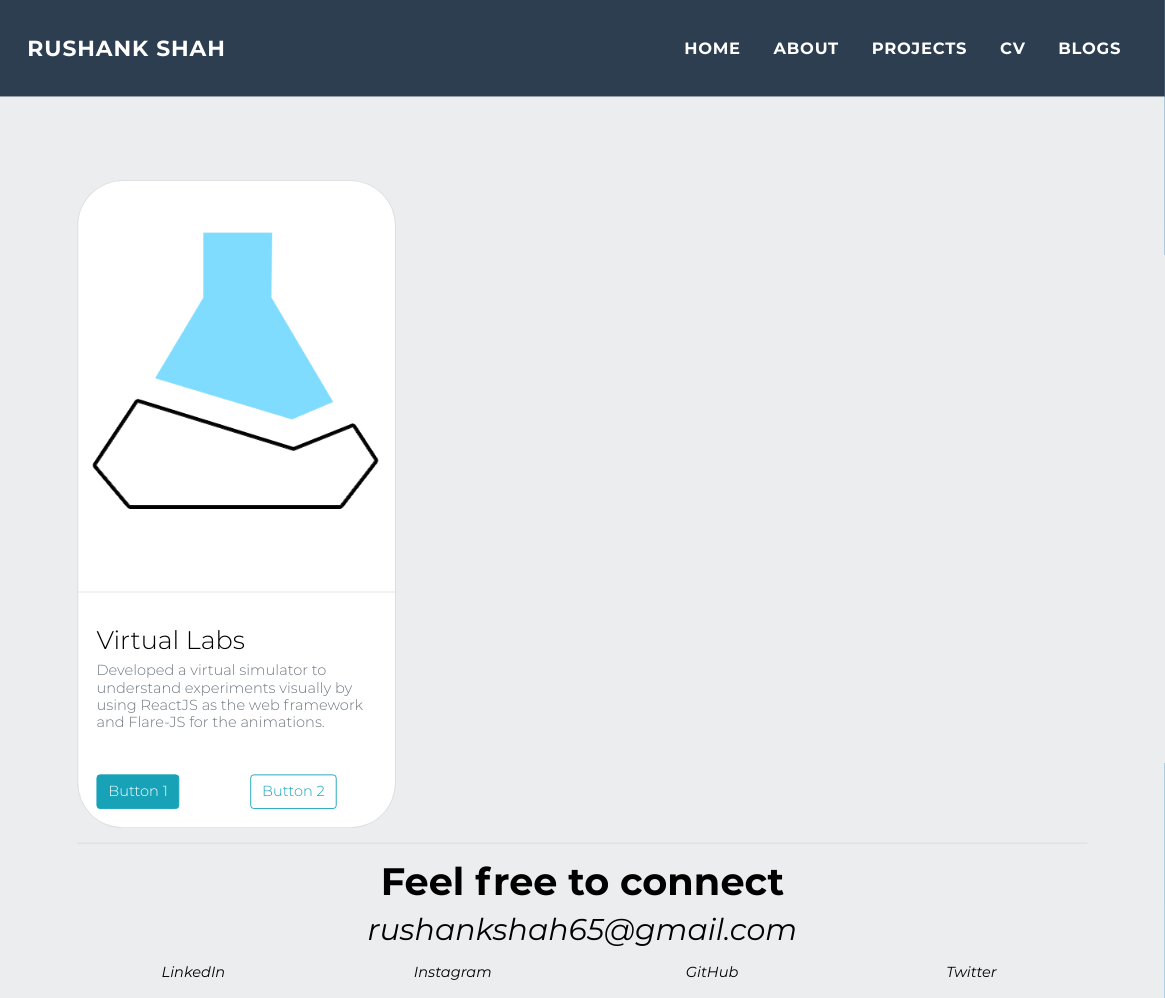
Repository: rushankshah/rushank-shah
Page: /projects
An editor plug-in stored every save of this project. The page is shown before and after the next save, followed by the edit.
The browser window is 1280 px wide. The pictures show the whole page, at 91% of full size.
The project was rebuilt for these pictures with package versions that can differ from the ones it lists, and the page was loaded fresh each time. The framework's server and built-in components were replaced by stand-ins that run in the browser. Also part of the build but not shown: next.config.js.

Above is the page before, as saved 2020-12-02 20:13:12.

### pages/projects.js
import BaseLayout from '../components/layouts/BaseLayout'
import BasePage from '../components/BasePage'
import { Button, Card, CardBody, CardImg, CardSubtitle, CardTitle, Col, Row } from 'reactstrap'


const projects = () => {
    return (
        <BaseLayout>
            <BasePage className='projects-page'>
                <Row className='mt-5'>
                    <Col md='4'>
                        <Card className='intro' style={{ borderRadius: '50px' }}>
                            <CardImg width='25%' top src="/static/images/virtual-labs-logo.png" alt="Card image cap"></CardImg>
                            <hr></hr>
                            <CardBody>
                                <CardTitle tag='h3'>
                                    Virtual Labs
                                </CardTitle>
                                <CardSubtitle tag="h6" className="mb-2 text-muted">Developed a virtual simulator to understand experiments visually by using ReactJS as the web framework and Flare-JS for the animations.</CardSubtitle>
                                <Row className='mt-5'>
                                <Col md='6'>
                                    <Button color='info'>Button 1</Button>
                                </Col>
                                <Col md='6'>
                                    <Button outline color='info'>Button 2</Button>
                                </Col>
                                </Row>
                            </CardBody>
                        </Card>
                    </Col>
                </Row>
                <hr></hr>
            </BasePage>
        </BaseLayout>
    )
}

export default projects

### styles/main.scss
@import './shared/fonts';
@import './index';
@import './header';
@import './shared/colors';
@import 'about';
@import 'projects';

html, body {
    height:100%;
    width:100%;
    font-family: 'Montserrat', 'Helvetica';
  }

.self-typed{
  font-size: 31px;
  font-weight: 500;
  letter-spacing: 2px;
  color: white;
}

.absolute {
  position: absolute;
}

.base-page {
  padding-top: 150px;
  color: white;
  background-color: #ecedee;
  min-height: 100vh;

  .page-header {
    .page-header-title {
      font-weight: 700;
      color: black;
      display: inline-block;
      margin-bottom: 20px;
    }
  }
}

.social-media:hover{
  color: #dba919;
  cursor: pointer;
}

.clickable{
  cursor: pointer;
}

### components/layouts/BaseLayout.js
import React from 'react'
import Header from '../shared/Header'

const BaseLayout = (props) => {

    const { className, children } = props

    const headerType = props.headerType || 'default'

    return (
        <div className='layout-container'>
            <Header className={`port-nav-${headerType}`} />
            <main className={`cover ${className}`}>
                <div className='wrapper'>
                    {children}
                </div>
            </main>
        </div>
    )
}

export default BaseLayout

### components/BasePage.js
import React from 'react'
import { Container } from 'reactstrap'
import Footer from './shared/Footer'

export default function BasePage(props) {
    const className = props.className || ''
    const title = props.title
    return (
        <div className={`base-page ${className}`}>
            <Container>
                {props.children}
                <Footer />
            </Container>
        </div>
    )
}

### styles/shared/_fonts.scss
@font-face {
    font-family: 'Montserrat';
    src: url('/static/fonts/2.3\ Montserrat-Regular.ttf');
    font-weight: normal;
    font-style: normal;
}

@font-face {
    font-family: 'Montserrat';
    src: url('/static/fonts/2.4\ Montserrat-Bold.ttf');
    font-weight: bold;
    font-style: normal;
}

@font-face {
    font-family: 'Montserrat';
    src: url('/static/fonts/2.2\ Montserrat-Light.ttf');
    font-weight: lighter;
    font-style: normal;
}

@font-face {
    font-family: 'Montserrat';
    src: url('/static/fonts/2.1\ Montserrat-Italic.ttf');
    font-weight: normal;
    font-style: italic;
}

### styles/_index.scss
  // ---------- Index Page CSS ------------
  .cover {
    background-image: linear-gradient(45deg,#00aeef 0%,#096fb9 100%);
    overflow: hidden;
    position: relative;
  }

  .wrapper {
    min-height: 100vh;
    min-width: 100vw;
    margin-top: 0;
    position: relative;
  }

  .main-section {
    top: 150px;
    width: 100%;
    padding: 150px 0 0;
  }

  .hero-section{
    h2 {
      color: white;
      font-weight: bold;
      margin-bottom: 10px;
    }

    perspective: 1000px;
    color: white;
    width: 400px;
    position: relative;

    &-content {
      position: absolute;
      bottom: 20px;
      width: 360px;
      left: 6%;
      z-index: 1;

      &-intro {
        font-size: 17px;
      }
    }
  }

  .image {
    width: auto;
    max-width: 100%;
  }

  .hero-welcome-text > h1 {
    color: white;
    text-transform: uppercase;
    font-size: 27px;
    margin-top: 80px;
  }

  .hero-welcome-bio {
    margin-top: 20px;
    color: white;

    .fa-stack {
      font-size: 28px;
    }

    .list-inline-item {
      > a {
        color: #373737;
      }
    }
  }

  .hero-welcome-wrapper {
    justify-content: flex-end;

  }

  @media (max-width: 991px) {
    .hero-section {
      width: 341px;
      height: 445px;

      &-content {
        width: 341px;
      }
    }

    .hero-welcome-text > h1 {
      margin-top: 0px;
    }
  }

  .background-image {
    position: absolute;
    width: 1762px;
    height: 493px;
  }

  .shadow-custom {
    width: 100%;
    height: 100%;
    position: absolute;
    top: 0;
    box-shadow: -17px 13px 41px rgba(13,78,158,0.6);
    border: 2px solid #3bace5;

    .shadow-inner {
      width: 100%;
      height: 100%;
      box-shadow: -17px 13px 13px rgba(0,0,0,0.09);
    }
  }

  .shadow-custom-2 {
    border: 2px solid #f37d49;
    box-shadow: -17px 13px 41px rgba(13,78,158,0.3);
  }

  .flipper{
    transition: 1s;
    transform-style: preserve-3d;
    position: relative;
  }

  .flipper.isFlipping{
    transform: rotateY(-180deg);
  }

  .front, .back{
    backface-visibility: hidden;
    position: absolute;
    top: 0;
    left: 0;
  }

  .cover-0 {
  }

  .cover-1 {
    background-image: linear-gradient(45deg, rgb(254, 202, 83), rgb(253, 157, 97));
  }

  .front{
    transform: rotateY(0deg);
    z-index: 9999;
  }

  .back{
    transform: rotateY(180deg);
  }

### styles/_header.scss
@import './shared/colors';
  // HEADER
  .port-navbar.port-nav-base {
    width: 100%;
    z-index: 15;
    padding: 40px;

    .port-navbar {
      &-brand {
        color: white;
        font-size: 24px;
        text-transform: uppercase;
        letter-spacing: 1px;
        font-weight: bold;
      }

      &-item {
        margin-left: 10px;
        margin-right: 10px;
      }

      &-link {
        color: white;
        font-weight: bold;
        letter-spacing: 0.8px;
        font-size: 18px;
        text-transform: uppercase;

        &.active {
        color: #dba919;
        }

        &:hover, &:focus {
          color: #dba919;
        }
      }
    }
  }

  .port-navbar.port-nav-base.port-nav-default {
    padding: 30px;
    background-color: $secondary !important;
  }

  .bg-transparent.menu-open {
    background-color: #2C3E50 !important;
  }

  .bg-transparent.menu-close {
    transition: 1s;
  }

### styles/shared/_colors.scss
$main-color-blue: #0977C0;
$main-color-red: 'red';

$navbar-orange: #dba919;
$base-page-white: #ecedee;

$white: #fff !default;
$gray-100: #f8f9fa !default;
$gray-200: #e9ecef !default;
$gray-300: #dee2e6 !default;
$gray-400: #ced4da !default;
$gray-500: #adb5bd !default;
$gray-600: #868e96 !default;
$gray-700: #495057 !default;
$gray-800: #343a40 !default;
$gray-900: #212529 !default;
$black: #000 !default;

$primary: #18BC9C !default;
$secondary: #2C3E50 !default;

$blue:    #007bff !default;
$indigo:  #6610f2 !default;
$purple:  #6f42c1 !default;
$pink:    #e83e8c !default;
$red:     #dc3545 !default;
$orange:  #fd7e14 !default;
$yellow:  #ffc107 !default;
$green:   #28a745 !default;
$teal:    #0085A1 !default;
$cyan:    #17a2b8 !default;

### styles/_about.scss
@import './shared/mixins';
.about-page {
    .left-side {
      // margin-top: 10vh;

      color: black;
      text-align: left;
    }

    .fadein {
      opacity: 0;

      @include animation(fadein 2s);
      @include animation-fill-mode(forwards);
    }

    .intro{
        color: black;
        font-weight: lighter;
    }

    .title {
      @include animation-detail(0.7s);
      font-size: 42px;
      font-weight: bold;
    }

    .subtitle {
      @include animation-detail(2.2s);
      font-size: 33px;
    }

    .subsubTitle {
      @include animation-detail(3.6s);
      font-size: 18px;
    }

    @keyframes fadein {
      from { opacity: 0; }
      to   { opacity: 1; }
    }
  }

### styles/shared/_mixins.scss
// MIXINS
@mixin background-cover() {
    -webkit-background-size: cover;
    -moz-background-size: cover;
    -o-background-size: cover;
    background-size: cover;
  }

  @mixin animation($animationType) {
    -webkit-animation: $animationType; /* Safari, Chrome and Opera > 12.1 */
       -moz-animation: $animationType; /* Firefox < 16 */
        -ms-animation: $animationType; /* Internet Explorer */
         -o-animation: $animationType; /* Opera < 12.1 */
            animation: $animationType;
  }


  @mixin animation-fill-mode($animationMode) {
    -webkit-animation-fill-mode: $animationMode;  /* this makes sure that after animation is done we remain at the last keyframe value (opacity: 1)*/
    -moz-animation-fill-mode: $animationMode;
    animation-fill-mode: $animationMode;
  }


  @mixin animation-detail($detail) {
    -webkit-animation-delay: $detail;
    -moz-animation-delay: $detail;
    animation-delay: $detail;
  }

### styles/_projects.scss
@import './shared/mixins';
.projects-page {
    .left-side {
      // margin-top: 10vh;

      color: black;
      text-align: left;
    }

    .fadein {
      opacity: 0;

      @include animation(fadein 2s);
      @include animation-fill-mode(forwards);
    }

    .intro{
        color: black;
        font-weight: lighter;
    }

    .title {
      @include animation-detail(0.7s);
      font-size: 42px;
      font-weight: bold;
    }

    .subtitle {
      @include animation-detail(2.2s);
      font-size: 33px;
    }

    .subsubTitle {
      @include animation-detail(3.6s);
      font-size: 18px;
    }

    @keyframes fadein {
      from { opacity: 0; }
      to   { opacity: 1; }
    }
  }

### components/shared/Header.js
import { useState } from 'react'
import Link from 'next/link'
import Head from 'next/head'
import {
    Collapse,
    Navbar,
    NavbarToggler,
    NavbarBrand,
    Nav,
    NavItem
} from 'reactstrap';

const Header = (props) => {
    const [isOpen, setIsOpen] = useState(false);

    const toggle = () => setIsOpen(!isOpen);

    const className = props.className

    const menuOpenClass = isOpen ? 'menu-open' : 'menu-close'

    return (
        <div>
            <Head>
                <title>Rushank Shah</title>
                <link rel="icon" href="/static/images/R.jpg" />
                <link href="https://cdn.lineicons.com/2.0/LineIcons.css" rel="stylesheet"></link>
            </Head>
            <Navbar className={`port-navbar port-nav-base absolute ${className} ${menuOpenClass}`} color="transparent" dark expand="md">
                <NavbarBrand className='port-navbar-brand'>Rushank Shah</NavbarBrand>
                <NavbarToggler onClick={toggle} />
                <Collapse isOpen={isOpen} navbar>
                    <Nav className="ml-auto" navbar>
                        <NavItem className='port-navbar-item'>
                            <Link href='/'>
                                <a className='nav-link port-navbar-link'> Home </a>
                            </Link>
                        </NavItem>
                        <NavItem className='port-navbar-item'>
                            <Link href='/about'>
                                <a className='nav-link port-navbar-link'> About </a>
                            </Link>
                        </NavItem>
                        <NavItem className='port-navbar-item'>
                            <Link href='/projects'>
                                <a className='nav-link port-navbar-link'> Projects </a>
                            </Link>
                        </NavItem>
                        <NavItem className='port-navbar-item'>
                            <Link href='/cv'>
                                <a className='nav-link port-navbar-link'> CV </a>
                            </Link>
                        </NavItem>
                        <NavItem className='port-navbar-item'>
                            <Link href='/blogs'>
                                <a className='nav-link port-navbar-link'> Blogs </a>
                            </Link>
                        </NavItem>
                    </Nav>
                </Collapse>
            </Navbar>
        </div>
    )
}

export default Header

### components/shared/Footer.js
import { Col, Row } from "reactstrap";

export default function Footer() {
    return (
        <div>
            <div className='intro'>
                <h5 className='title' style={{ textAlign: 'center', color: 'black' }}>
                    Feel free to connect
                </h5>
                <h5 className='subtitle' style={{ textAlign: 'center', color: 'black' }}>
                    <a target='_blank' style={{ color: 'black', textDecoration: 'none' }} href='mailto:rushankshah65@gmail.com'>
                        <i className="lni lni-envelope lni-lg lni-32 social-media"> rushankshah65@gmail.com</i>
                    </a>
                </h5>
                <Row className='mt-3' style={{ textAlign: 'center', color: 'black' }}>
                    <Col md='3'>
                        <div>
                            <a target='_blank' style={{ color: 'black', textDecoration: 'none' }} href='https://www.linkedin.com/in/rushank-shah-65836b1a6/'>
                                <i className="lni lni-linkedin-original lni-lg lni-32 social-media">LinkedIn</i>
                            </a>
                        </div>
                    </Col>
                    <Col md='3'>
                        <div>
                            <a target='_blank' style={{ color: 'black', textDecoration: 'none' }} href='https://www.instagram.com/rushankshah65/'>
                                <i className="lni lni-instagram lni-lg lni-32 social-media">Instagram</i>
                            </a>
                        </div>
                    </Col>
                    <Col md='3'>
                        <div>
                            <a target='_blank' style={{ color: 'black', textDecoration: 'none' }} href='https://github.com/rushankshah'>
                                <i className="lni lni-github-original lni-lg lni-32 social-media">GitHub</i>
                            </a>
                        </div>
                    </Col>
                    <Col md='3'>
                        <div>
                            <a target='_blank' style={{ color: 'black', textDecoration: 'none' }} href='https://twitter.com/ShahRushank'>
                                <i className="lni lni-twitter-original lni-lg lni-32 social-media">Twitter</i>
                            </a>
                        </div>
                    </Col>
                </Row>
                <Row className='mt-3'>
                </Row>
            </div>
        </div>
    )
}

Loaded but not shown: pages/_app.js (common file)

After the next save:
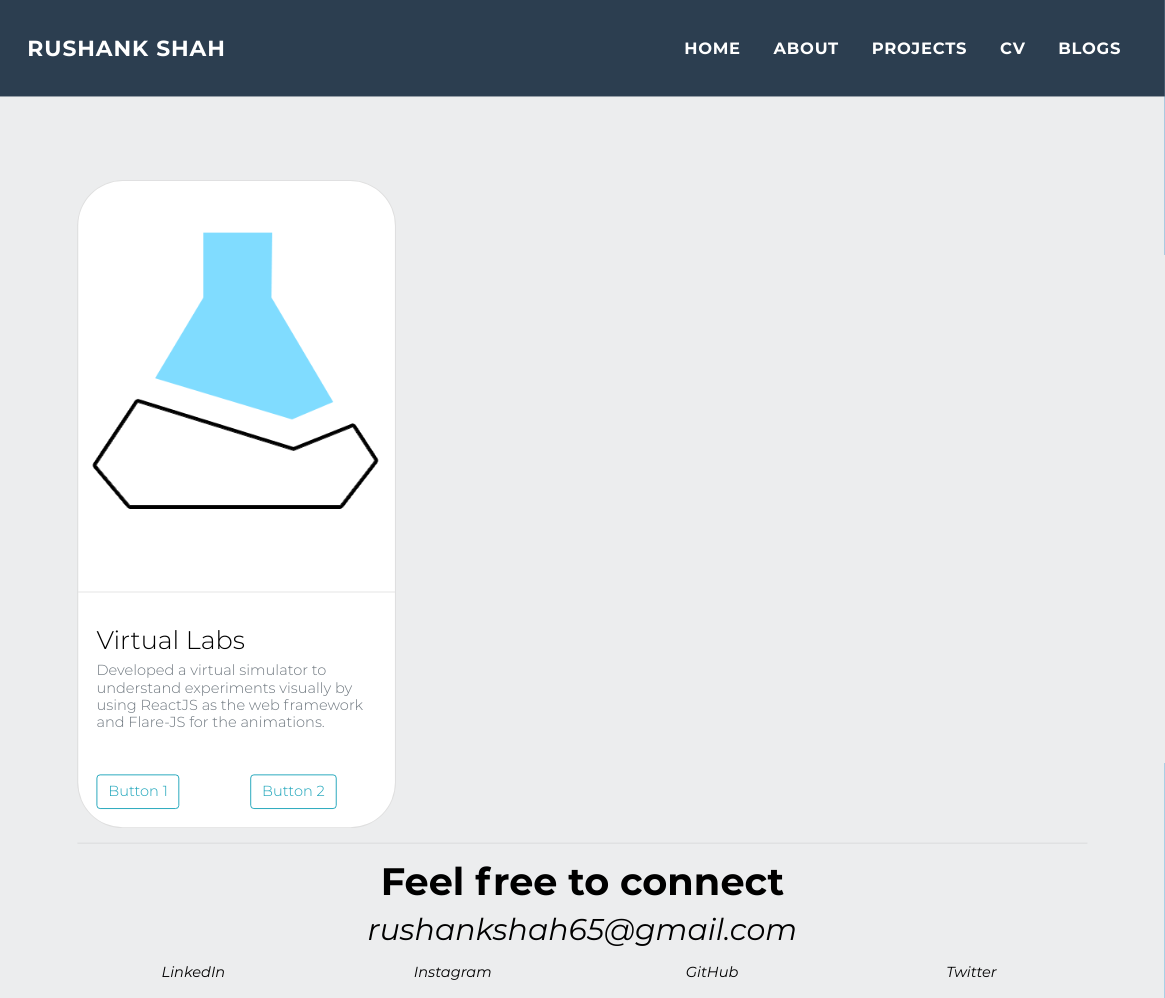
Saved 14 s later.
--- a/pages/projects.js
+++ b/pages/projects.js
@@ -19,7 +19,7 @@
                                 <CardSubtitle tag="h6" className="mb-2 text-muted">Developed a virtual simulator to understand experiments visually by using ReactJS as the web framework and Flare-JS for the animations.</CardSubtitle>
                                 <Row className='mt-5'>
                                 <Col md='6'>
-                                    <Button color='info'>Button 1</Button>
+                                    <Button outline color='info'>Button 1</Button>
                                 </Col>
                                 <Col md='6'>
                                     <Button outline color='info'>Button 2</Button>
